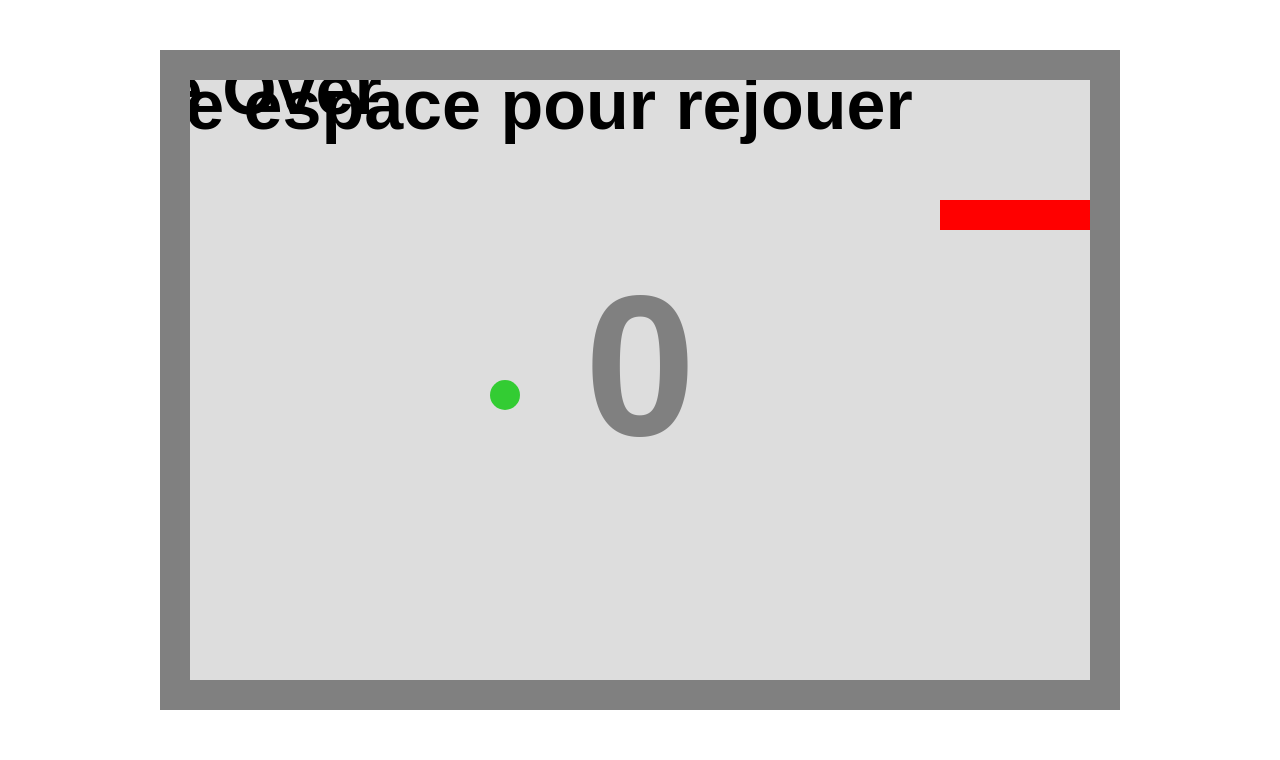
Repository: Loetitia27006/snake
Page: index.html
These files come from the project's save history. The page is drawn as it stood at one moment and after the next save; the edit follows.
The browser window is 1280 px wide. The pictures show the whole page.

Above is the page before, as saved 2023-03-24 16:38:22.

After the next save:
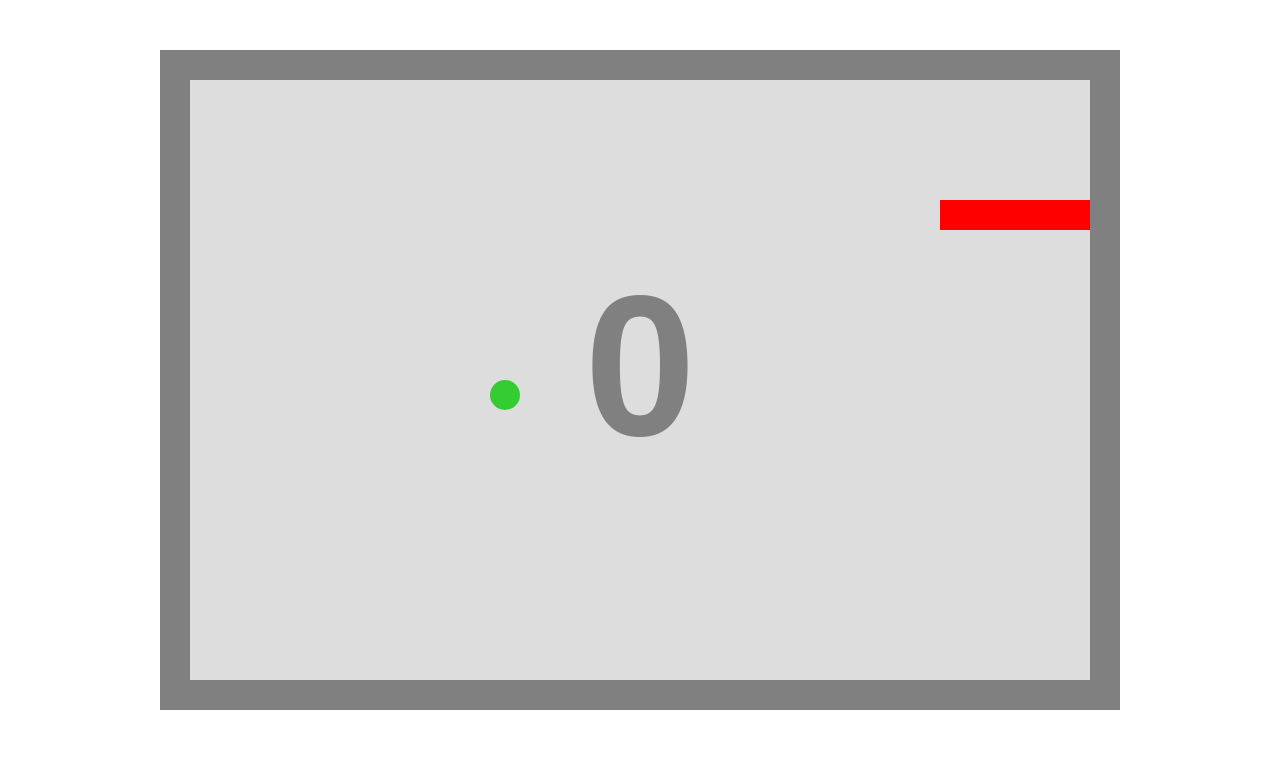
Console error: ReferenceError: centreX is not defined
Saved 95 s later.
--- a/script.js
+++ b/script.js
@@ -56,6 +56,7 @@
     ctx.textBaseline = "middle";
     ctx.strokeStyle = "white";
     ctx.lineWidth = 5;
+    ctx.strokeText("Game Over", centreX, centreY - 180);
     ctx.fillText("Game Over", 5, 15);
     ctx.fillText("Appuyez sur la touche espace pour rejouer",5 ,30)
     ctx.restore();

After the save that followed:
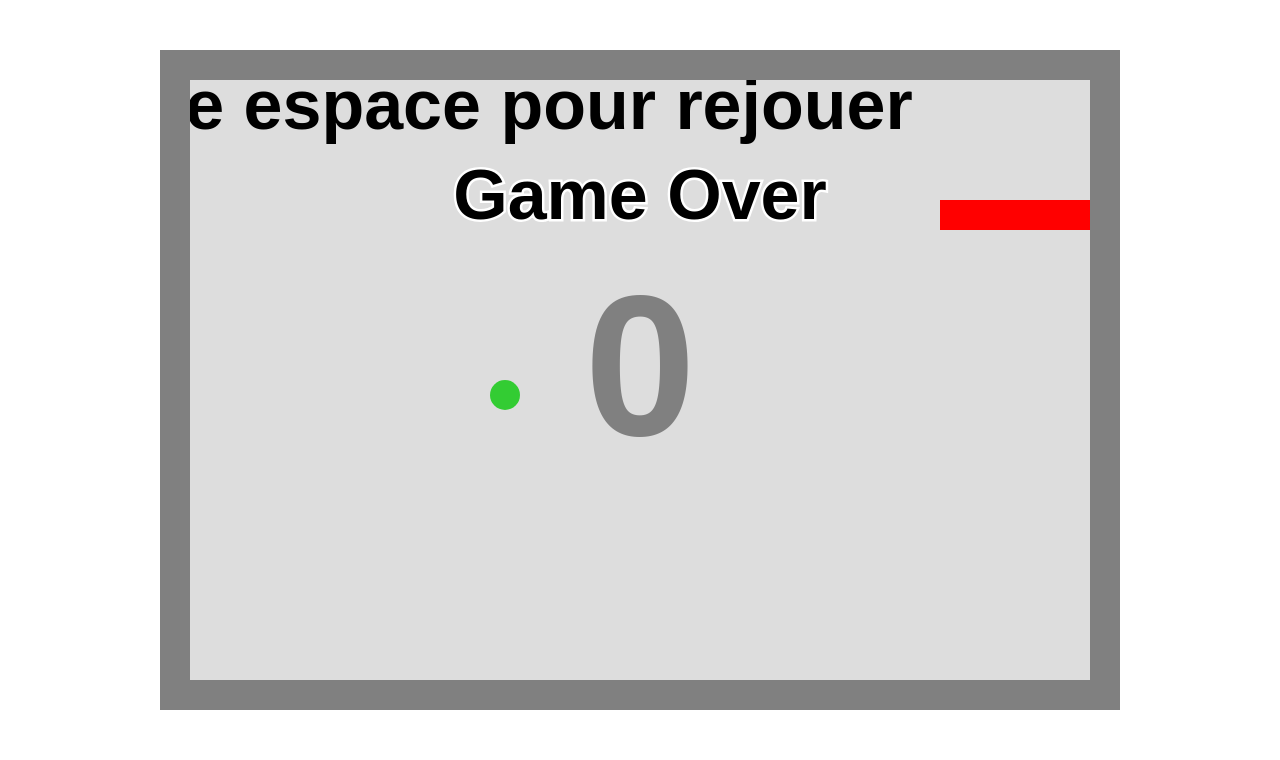
The error is gone.
Saved 95 s later.
--- a/script.js
+++ b/script.js
@@ -56,8 +56,10 @@
     ctx.textBaseline = "middle";
     ctx.strokeStyle = "white";
     ctx.lineWidth = 5;
+    centreX = canvasWidth/2;
+    centreY = canvasHeight/2;
     ctx.strokeText("Game Over", centreX, centreY - 180);
-    ctx.fillText("Game Over", 5, 15);
+    ctx.fillText("Game Over", centreX, centreY-180);
     ctx.fillText("Appuyez sur la touche espace pour rejouer",5 ,30)
     ctx.restore();
   }
